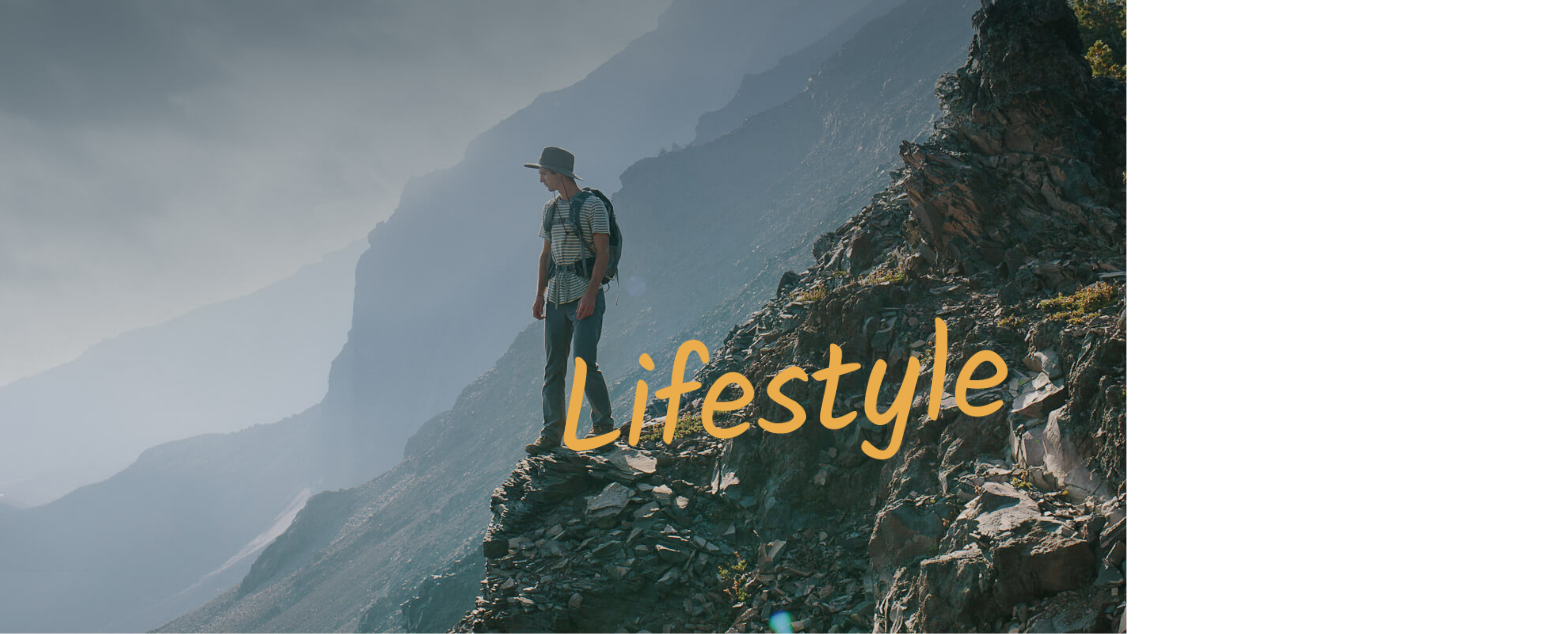
Repository: MalgorzataMazur/BeLife
Page: index.html
An editor plug-in stored every save of this project. The page is shown before and after the next save, followed by the edit.
The browser window is 1280 px wide. The page is 1780 px wide, then 1280 px, then 1780 px, so the pictures cover 1780 px, including what lies to the right of the window. The pictures show the whole page, at 88% of full size.

Above is the page before, as saved 2019-10-29 19:16:33.

After the next save:
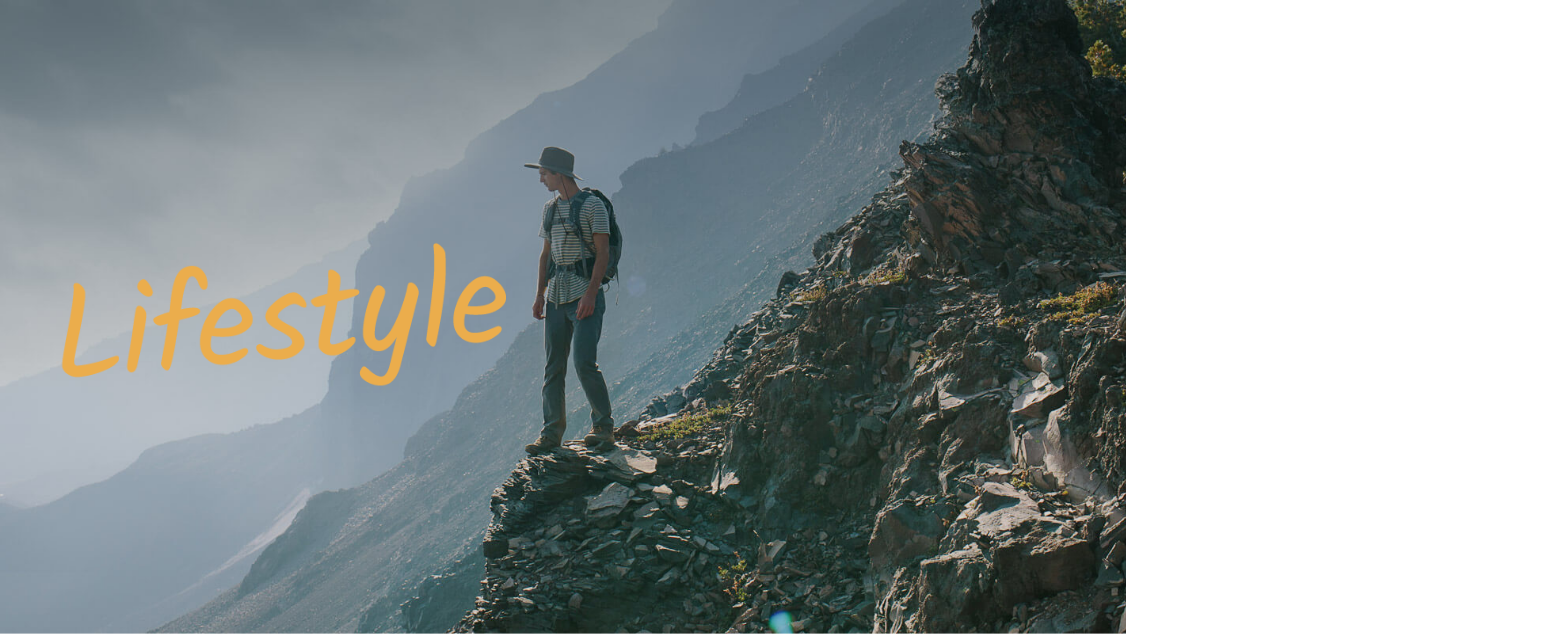
Saved 13 s later.
--- a/resources/css/style.css
+++ b/resources/css/style.css
@@ -27,7 +27,7 @@
     width: 1140px;
     top: 50%;
     left: 50%;
-    transform:translate();
+    transform:translate(-50%,-50%);
 }
 
 h1 {

After the save that followed:
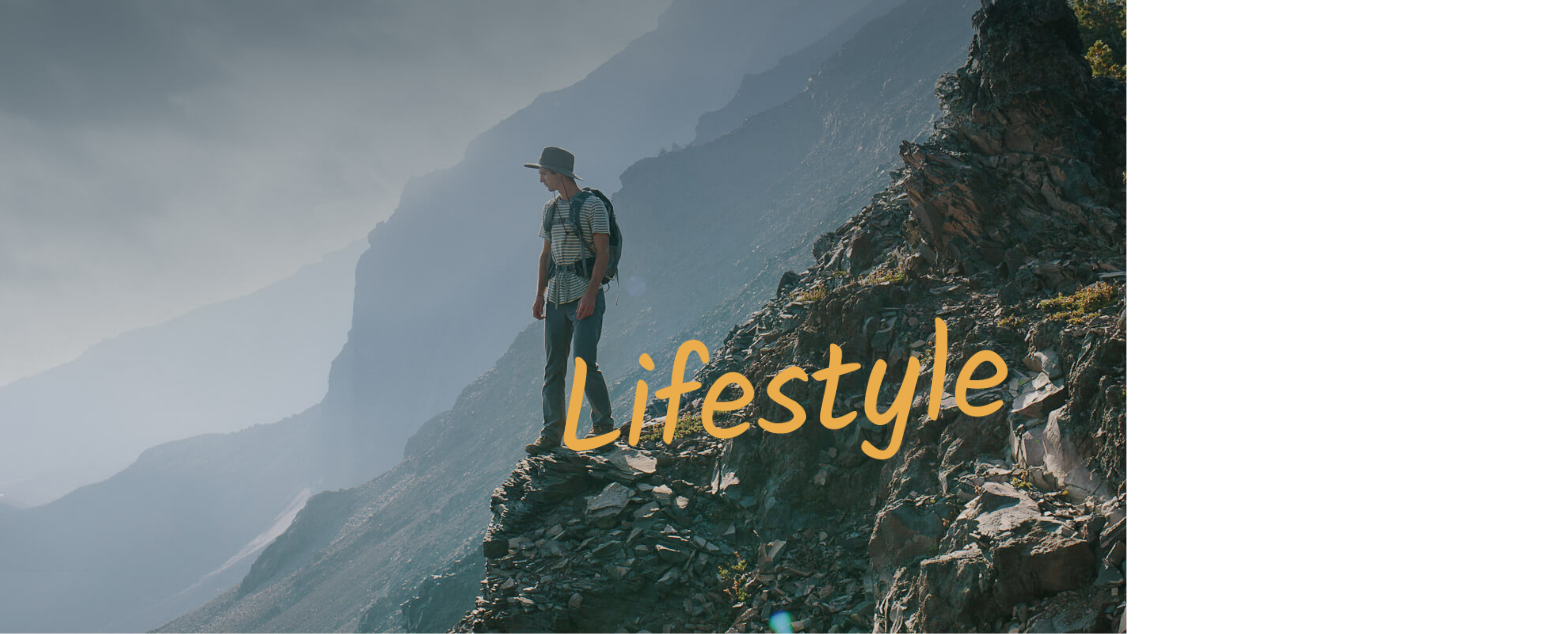
Saved 32 s later.
--- a/resources/css/style.css
+++ b/resources/css/style.css
@@ -27,7 +27,7 @@
     width: 1140px;
     top: 50%;
     left: 50%;
-    transform:translate(-50%,-50%);
+
 }
 
 h1 {
